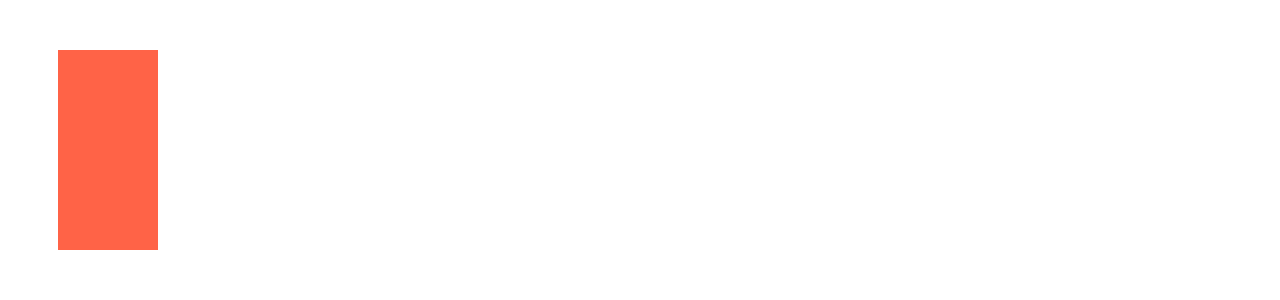
Repository: codeinstitute-davidhubber/ci-css_transformations-css_transformations-challenge-3
Page: index.html
The author's editor kept a record of every edit. The page is drawn from the files as they stood at one moment, then again after the next edit.
The browser window is 1280 px wide. The pictures show the whole page.

Above is the page before.

### index.html
<!DOCTYPE html>

<html>
<head>
    <title>CSS Transformations</title>
    <link href="css/main.css" rel="stylesheet" type="text/css">
</head>

<body>
    <div class="element">
    </div>
</body>
</html>

### css/main.css
.element {
    margin: 50px 0 0 50px;
    background-color: tomato;
    width: 100px;
    height: 200px;
}

.element:hover {
    transform: translate(0px, 100%);
    transition-duration: 1s;

}

After the next edit:
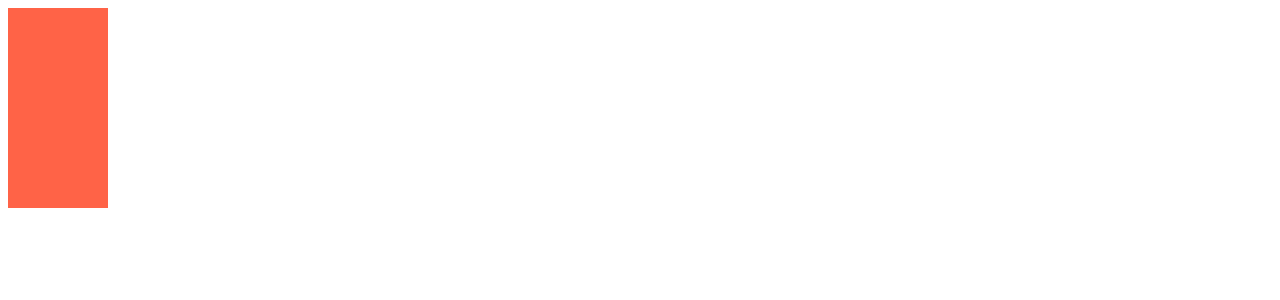
The edit:
--- a/css/main.css
+++ b/css/main.css
@@ -1,5 +1,4 @@
 .element {
-    margin: 50px 0 0 50px;
     background-color: tomato;
     width: 100px;
     height: 200px;
